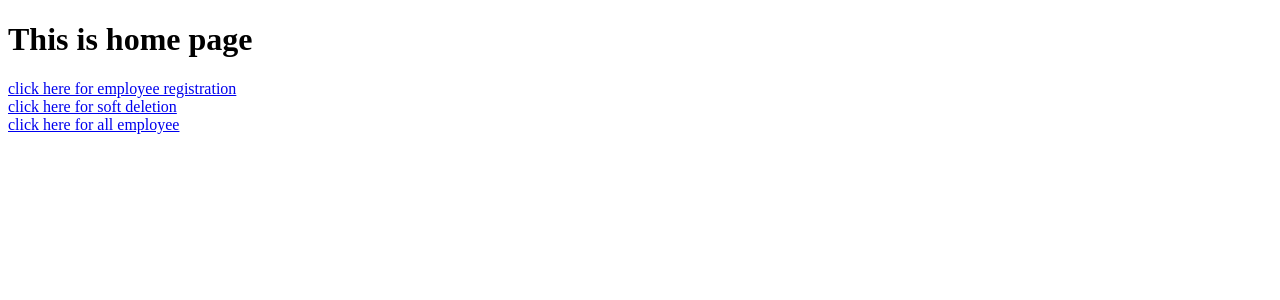
Repository: Subhabrata98dada/java_code
Page: http://localhost/MVC6_SOFT_DELETION/WEB-INF/pages/index.jsp
The author's editor kept a copy of each file at every save. The page is drawn from the files as they stood at one save, then again after the next save.
The browser window is 1280 px wide. The pictures show the whole page.
The page is served by Tomcat 9. Nobody is signed in. The template is opened directly, without the code that normally fills it, so the values that code supplies are empty.

Above is the page before, as saved 2024-10-29 08:15:50.

After the next save:
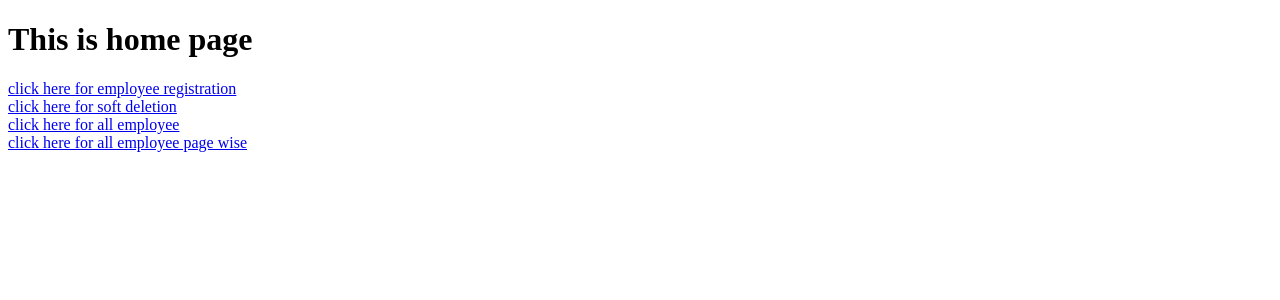
Saved 19 min 7 s later.
--- a/springboot mvc/MVC6_SOFT_DELETION/src/main/webapp/WEB-INF/pages/index.jsp
+++ b/springboot mvc/MVC6_SOFT_DELETION/src/main/webapp/WEB-INF/pages/index.jsp
@@ -13,5 +13,6 @@
        <a href="register" >click here for employee registration</a> <br>
        <a href="softdelete" >click here for soft deletion</a> <br>
        <a href="getallemployee" >click here for all employee</a> <br>
+       <a href="getallemployeebypage" >click here for all employee page wise</a> <br>
 </body>
 </html>
